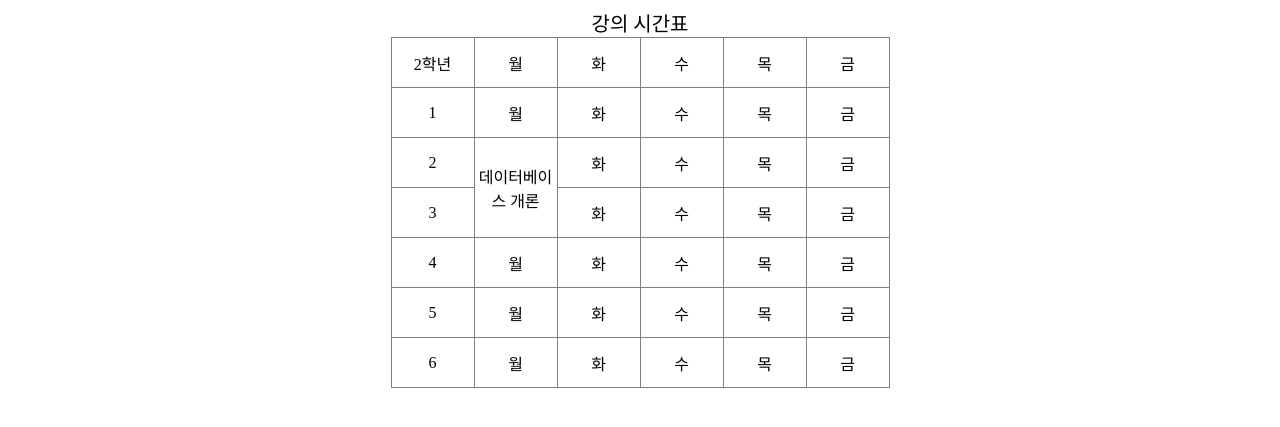
Repository: gyungmean/2020_2_webProgramming
Page: week1/week1/WebContent/Practice01/Practice01.html
The author's editor kept a copy of each file at every save. The page is drawn from the files as they stood at one save, then again after the next save.
The browser window is 1280 px wide. The pictures show the whole page.

Above is the page before, as saved 2020-09-05 15:44:36.

After the next save:
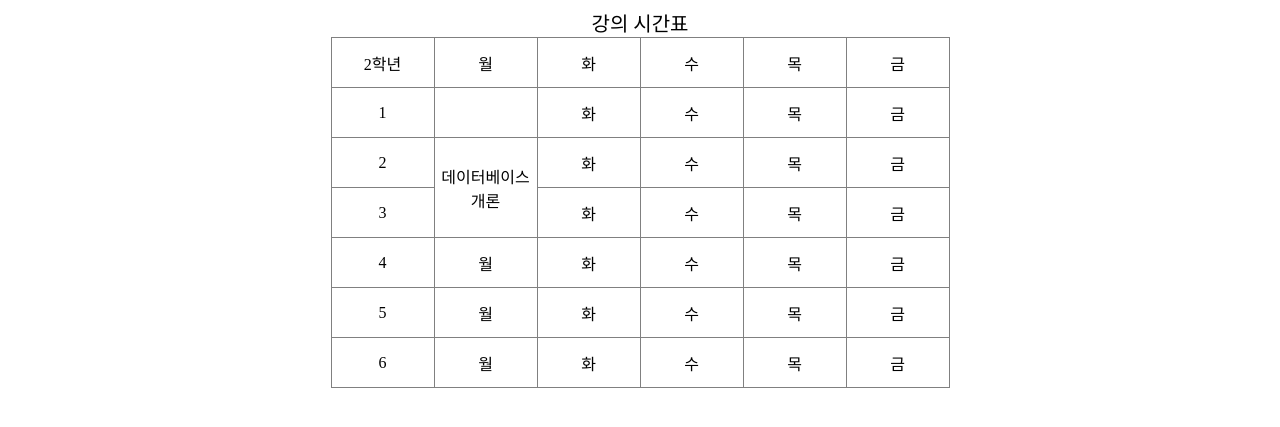
Saved 23 s later.
--- a/week1/week1/WebContent/Practice01/Practice01.html
+++ b/week1/week1/WebContent/Practice01/Practice01.html
@@ -11,7 +11,7 @@
 		border-collapse: collapse;
 	}
 	td{
-		width: 80px;
+		width: 100px;
 		text-align: center;
 	}
 	td.yellow{
@@ -43,7 +43,7 @@
 			</tr>
 			<tr>
 				<td>1</td>
-				<td>월</td>
+				<td></td>
 				<td>화</td>
 				<td>수</td>
 				<td>목</td>
